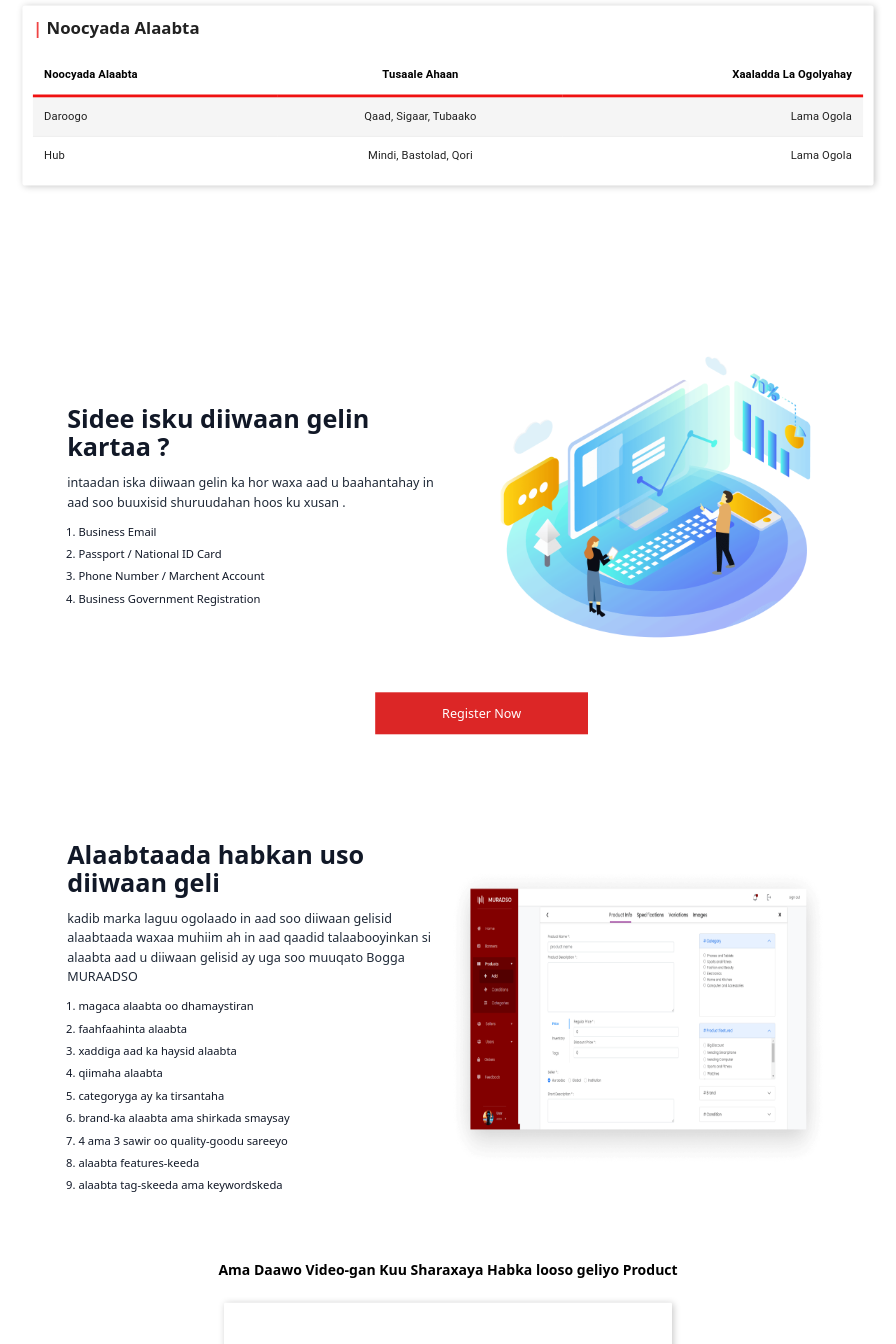
Repository: muraadso/Muraadso-Sellers
Page: /
The author's editor kept a copy of each file at every save. The page is drawn from the files as they stood at one save, then again after the next save.
The browser window is 1280 px wide. The pictures show the part of the page from y = 2870 to 4790 px (the page is 7229 px tall before and 7262 px after), at 70% of full size.
The project was rebuilt for these pictures with package versions that can differ from the ones it lists, and the page was loaded fresh each time. The framework's server and built-in components were replaced by stand-ins that run in the browser. Also part of the build but not shown: next.config.js.

Above is the page before, as saved 2021-12-11 11:19:26.

After the next save:
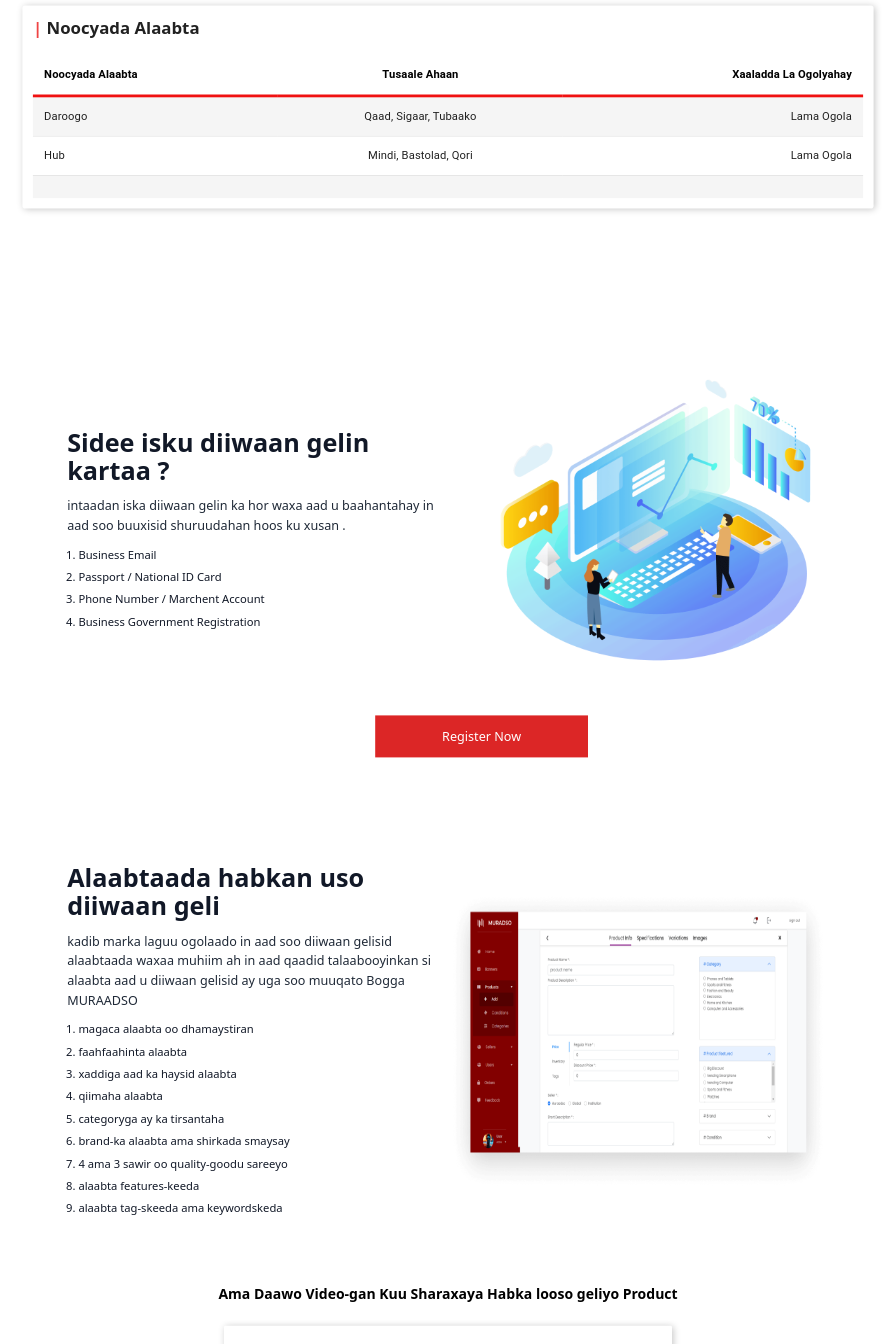
Saved 14 s later.
--- a/components/Whatsell.jsx
+++ b/components/Whatsell.jsx
@@ -48,7 +48,8 @@ const rows = [
 ];
 const rows2 = [
   createData('Daroogo', "Qaad, Sigaar, Tubaako", 'Lama Ogola'),
-  createData('Hub', 'Mindi, Bastolad, Qori', 'Lama Ogola')
+  createData('Hub', 'Mindi, Bastolad, Qori', 'Lama Ogola'),
+  createData('')
 
 ];
 
